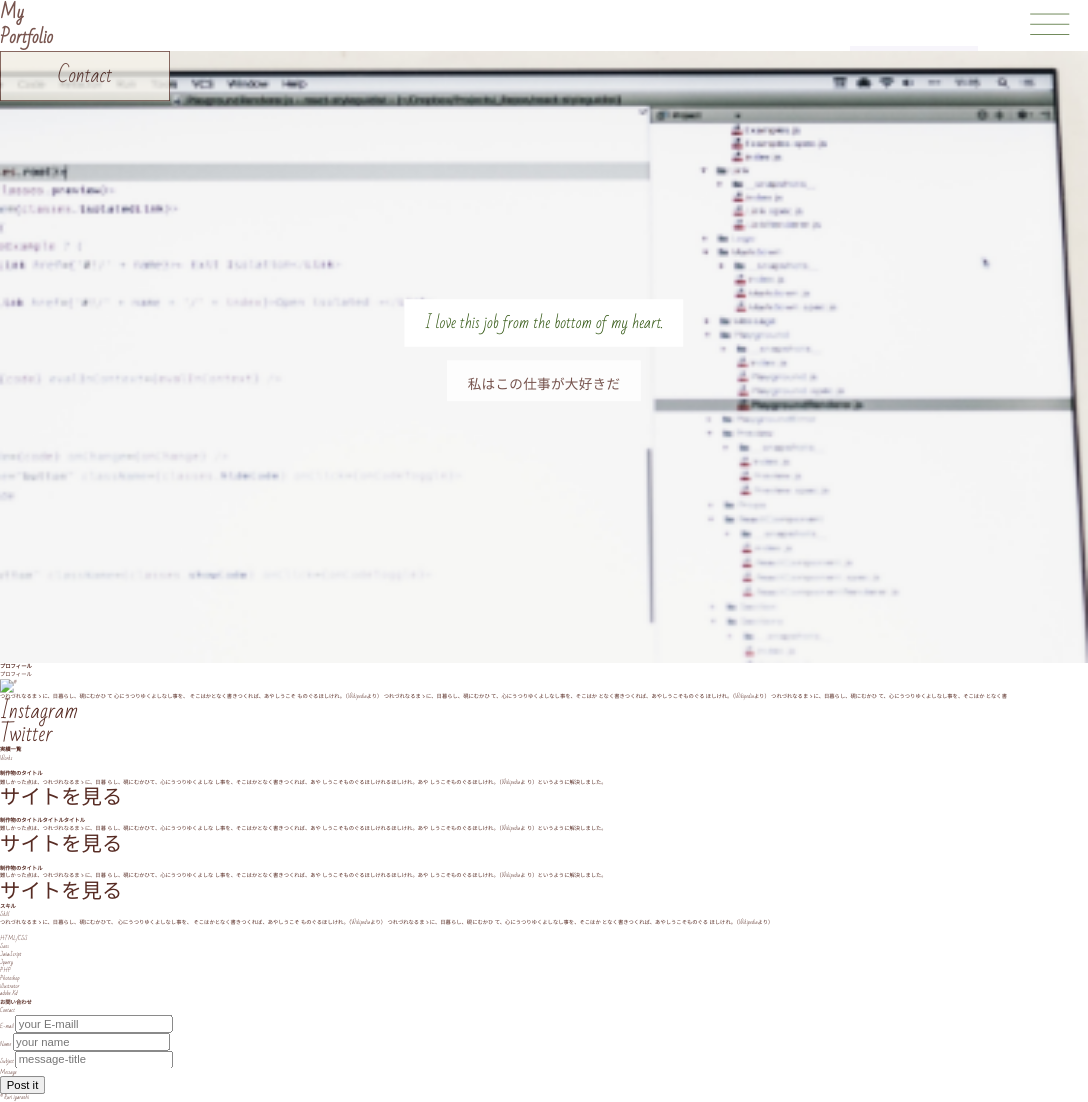
Repository: ppmp556/igarashi.kakuu
Page: index.html
These files come from the project's save history. The page is drawn as it stood at one moment and after the next save; the edit follows.
The browser window is 1280 px wide. The pictures show the whole page, at 85% of full size.
Some web libraries are served in a nearby version. The style sheet was rebuilt from its Sass, Less or Tailwind sources for each picture, by a compiler version that may differ from the author's.

Above is the page before, as saved 2020-10-22 12:33:15.
Console error: TypeError: Cannot read properties of null (reading 'addEventListener')

### index.html
<!DOCTYPE html>
<html lang="ja">
    <head>
        <meta charset="UTF-8">
        <meta name="viewport" content="width=device-width, initial-scale=1.0, maximum-scale=1.0, minimum-scale=1.0">
        <link rel="stylesheet" href="faundation.css" type="text/css">
        <link rel="stylesheet" href="./css/style.css" type="text/css">
        <link href="https://use.fontawesome.com/releases/v5.6.1/css/all.css" rel="stylesheet">
        <link href="https://fonts.googleapis.com/css?family=Bad+Script" rel="stylesheet">
        <link href="https://fonts.googleapis.com/css?family=Sawarabi+Gothic" rel="stylesheet">
        <link rel="img" href="image">
        <title>架空LP</title>

    </head>
    <body>

        <div class="container">
            <header class="header">
                <h1 class="header_ttl">
                    <a href="index.html" class="header_link">My Portfolio</a><!-- /.header_link -->
                </h1><!-- /.header_ttl -->
                <nav class="nav">
                    <div class="nav_wrapper" id="nav_lists">
                        <!-- ハンバーガーメニュー部分 -->
                        <div class="toggle_btn" id="nav_toggler">
                            <span class="toggle_line __tg1"></span>
                            <span class="toggle_line __tg2"></span>
                            <span class="toggle_line __tg3"></span>
                        </div>
                        <!-- ハンバーガーメニューここまで -->
                    </div>
                    <ul class="nav_list flex">
                        <li class="nav_item">
                            <a href="#" class="nav_link">Profile<span class="nav_sp">プロフィール</a><!-- /.nav_link -->
                        </li><!-- /.nav_item -->
                        <li class="nav_item">
                            <a href="#" class="nav_link">Works<span class="nav_sp">実績一覧</a><!-- /.nav_link -->
                        </li><!-- /.nav_item -->
                        <li class="nav_item">
                            <a href="#" class="nav_link">Skill<span class="nav_sp">スキル</a><!-- /.nav_link -->
                        </li><!-- /.nav_item -->
                        <li class="nav_item">
                            <a href="#" class="nav_link">Contact<span class="nav_sp">お問い合わせ</a><!-- /.nav_link -->
                        </li><!-- /.nav_item -->
                    </ul><!-- /.nav_list -->
                </nav><!-- /.nav -->
            </header><!-- /.header -->
        </div><!-- /.container -->
        <div class="kv">
            <div class="kv_txtbox">
                <p class="kv_txt">I love this job from the bottom of my heart.</p><!-- /.kv_txt -->
                <p class="kv_txt __subtxt">私はこの仕事が大好きだ</p><!-- /.kv_txt -->
            </div><!-- /.kv_txtbox -->
            <div class="contact_box">
                    <a href="#" class="contact_link">Contact</a><!-- /.contact_link -->
            </div><!-- /.contact_box -->
        </div><!-- /.kv -->

        <section class="prof" id="prof">
            <div class="section_ttlbox">
                <h2 class="prof_ttl">プロフィール</h2><!-- /.prof_ttl -->
                <span class="prof_sub">プロフィール</span>
            </div><!-- /.section_ttlbox -->
            <div class="prof_imgbox">
                <img src="" alt="#">
            </div><!-- /.prof_imgbox -->
            <p class="prof_txt">
                つれづれなるまゝに、日暮らし、硯にむかひ
                て
                心にうつりゆくよしなし事を、
                そこはかとなく書きつくれば、あやしうこそ
                ものぐるほしけれ。（Wikipediaより）
                つれづれなるまゝに、日暮らし、硯にむかひ
                て、心にうつりゆくよしなし事を、そこはか
                となく書きつくれば、あやしうこそものぐる
                ほしけれ。（Wikipediaより）
                つれづれなるまゝに、日暮らし、硯にむかひ
                て、心にうつりゆくよしなし事を、そこはか
                となく書
            </p><!-- /.prof_txt -->
            <div class="section_btnbox">
                <div class="site_btn">
                    <a href="#" class="site_link">Instagram</a>
                </div><!-- /.site_btn -->
                <div class="site_btn">
                    <a href="#" class="site_link">Twitter</a>
                </div><!-- /.site_btn -->
            </div><!-- /.section_btnbox -->
        </section><!-- /#prof.prof -->


        <section class="work" id="work">
            <div class="section_ttlbox">
                <h2 class="work_ttl">実績一覧</h2><!-- /.work_ttl -->
                <span class="work_sub">Works</span>
            </div><!-- /.section_ttlbox -->

            <div class="work_imgbox">
                <ul class="work_list">
                    <li class="work_item">
                        <img src="" alt="" class="work_img">
                        <h3 class="work_ttl">制作物のタイトル</h3><!-- /.work_txt -->
                        <p class="work_txt">
                            難しかった点は、つれづれなるまゝに、日暮
                            らし、硯にむかひて、心にうつりゆくよしな
                            し事を、そこはかとなく書きつくれば、あや
                            しうこそものぐるほしけれるほしけれ。あや
                            しうこそものぐるほしけれ。（Wikipediaよ
                            り）というように解決しました。
                        </p><!-- /.work_txt -->
                        <div class="site_btn">
                            <a href="#" class="site_link">サイトを見る</a>
                        </div><!-- /.site_btn -->
                    </li><!-- /.work_item -->
                    <li class="work_item">
                        <img src="" alt="" class="work_img">
                        <h3 class="work_ttl">制作物のタイトルタイトルタイトル</h3><!-- /.work_txt -->
                        <p class="work_txt">
                            難しかった点は、つれづれなるまゝに、日暮
                            らし、硯にむかひて、心にうつりゆくよしな
                            し事を、そこはかとなく書きつくれば、あや
                            しうこそものぐるほしけれるほしけれ。あや
                            しうこそものぐるほしけれ。（Wikipediaよ
                            り）というように解決しました。
                        </p><!-- /.work_txt -->
                        <div class="site_btn">
                            <a href="#" class="site_link">サイトを見る</a>
                        </div><!-- /.site_btn -->
                    </li><!-- /.work_item -->
                    <li class="work_item">
                        <img src="" alt="" class="work_img">
                        <h3 class="work_ttl">制作物のタイトル</h3><!-- /.work_txt -->
                        <p class="work_txt">
                            難しかった点は、つれづれなるまゝに、日暮
                            らし、硯にむかひて、心にうつりゆくよしな
                            し事を、そこはかとなく書きつくれば、あや
                            しうこそものぐるほしけれるほしけれ。あや
                            しうこそものぐるほしけれ。（Wikipediaよ
                            り）というように解決しました。
                        </p><!-- /.work_txt -->
                        <div class="site_btn">
                            <a href="#" class="site_link">サイトを見る</a>
                        </div><!-- /.site_btn -->
                    </li><!-- /.work_item -->
                </ul><!-- /.work_list -->
            </div><!-- /.work_imgbox -->
        </section><!-- /#work.work -->

        <section class="skii" id="skill">
            <div class="section_ttlbox">
                <h2 class="skill_ttl">スキル</h2><!-- /.skill_ttl -->
                <span class="skill_sub">Skill</span>
            </div><!-- /.section_ttlbox -->
            <div class="skill_txtbox">
                <p class="skill_txt">
                    つれづれなるまゝに、日暮らし、硯にむかひて、
                    心にうつりゆくよしなし事を、
                    そこはかとなく書きつくれば、あやしうこそ
                    ものぐるほしけれ。（Wikipediaより）
                    つれづれなるまゝに、日暮らし、硯にむかひ
                    て、心にうつりゆくよしなし事を、そこはか
                    となく書きつくれば、あやしうこそものぐる
                    ほしけれ。（Wikipediaより）
                </p><!-- /.skill_txt -->
            </div><!-- /.skill_txtbox -->
            <div class="skill_listbox">
                <div class="skill_imgbox">
                    <img src="" alt="" class="skill_img">
                </div><!-- /.skill_imgbox -->
                <ul class="skill_list">
                    <li class="skill_item">HTML/CSS</li><!-- /.skill_item -->
                    <li class="skill_item">Sass</li><!-- /.skill_item -->
                    <li class="skill_item">JavaScript</li><!-- /.skill_item -->
                    <li class="skill_item">Jquery</li><!-- /.skill_item -->
                    <li class="skill_item">PHP</li><!-- /.skill_item -->
                    <li class="skill_item">Photoshop</li><!-- /.skill_item -->
                    <li class="skill_item">illustrator</li><!-- /.skill_item -->
                    <li class="skill_item">adobe Xd</li><!-- /.skill_item -->
                </ul><!-- /.skill_list -->
            </div><!-- /.skill_listbox -->
        </section><!-- /#skill.skii -->

        <section class="contact" id="contact">
            <div class="section_ttlbox">
                <h2 class="contact_ttl">お問い合わせ</h2><!-- /.contact_ttl -->
                <span class="contact_sub">Contact</span>
            </div><!-- /.section_ttlbox -->
            <form action="#" class="ly-form">
                <div class="form ord1">
                    <div class="form2">

                        <label for="email" class="formTitle u-formTxt">E-mail</label>
                        <input type="email" class="formBox" name="your-E-mail" placeholder="your E-maill">
                    </div>
                </div>
                <div class="form ord2">
                    <div class="form2">
                            <label for="name" class="formTitle u-formTxt">Name</label>
                            <input type="text" class="formBox" name="your name" placeholder="your name">

                    </div>
                </div>
                <div class="form ord3">
                    <div class="form2">
                        <label for="subject" class="formTitle u-formTxt">Subject</label>
                        <input type="subject" class="formBox" name="message-title" placeholder="message-title">
                    </div>
                </div>
                <div class="form ord4">
                    <div class="form2">
                        <label for="message" class="formTitle u-formTxt">Message</label>
                        <textare name="contents" class="area" name="contents" placeholder="contents" rows="4" cols="40"></textare>
                    </div>
                </div>
                <div class="inputWrap btnhv u-send">
                    <input type="submit" value="Post it" class="sendBtn">
                </div>
            </form>
        </section><!-- /#contact.contact -->

        <footer class="footer">
            <div class="footer_sharbox">
                <ul class="footer_sharalist">
                    <li class="footer_item"></li><!-- /.footer_item -->
                    <li class="footer_item"></li><!-- /.footer_item -->
                    <li class="footer_item"></li><!-- /.footer_item -->
                </ul><!-- /.footer_sharalist -->
            </div><!-- /.footer_sharbox -->
            <small class="footer_txt">&copy; Ruri igarashi</small>
        </footer><!-- /.footer -->


        <script type="text/javascript" src="menu.js"></script>
        <script src="https://code.jquery.com/jquery-3.4.1.js" integrity="sha256-WpOohJOqMqqyKL9FccASB9O0KwACQJpFTUBLTYOVvVU=" crossorigin="anonymous"></script>

    </body>
</html>

### faundation.css

html,
body,
div,
span,
object,
iframe,
h1,
h2,
h3,
h4,
h5,
h6,
p,
blockquote,
pre,
abbr,
address,
cite,
code,
del,
dfn,
em,
img,
ins,
kbd,
q,
samp,
small,
strong,
sub,
sup,
var,
b,
i,
dl,
dt,
dd,
ol,
ul,
li,
fieldset,
form,
label,
legend,
table,
caption,
tbody,
tfoot,
thead,
tr,
th,
td,
article,
aside,
canvas,
details,
figcaption,
figure,
footer,
header,
hgroup,
menu,
nav,
section,
summary,
time,
mark,
audio,
video {
  margin: 0;
  padding: 0;
  border: 0;
  outline: 0;
  font-size: 100%;
  vertical-align: baseline;
  background: transparent;
}

body {
  line-height: 1.5;
}

article,
aside,
details,
figcaption,
figure,
footer,
header,
hgroup,
menu,
nav,
section {
  display: block;
}

ul,
ol {
  list-style: none;
}

table {
  border-collapse: collapse;
  border-spacing: 0;
}

a {
  color: inherit;
  text-decoration: none;
}

img {
  width: 100%;
  max-width: 100%;
  height: auto;
  vertical-align: bottom;
}

### menu.js
const body = document.body;

const toggler = document.getElementById('navToggler');
//#navToggleを取得し、togglerに格納


const navList = document.getElementById('js-nav');
const navList2 = document.getElementById('js-nav2');
//#navListsを取得し、navListに格納


toggler.addEventListener('click', function() {
    //togglerクリックされたら、
    body.classList.toggle('clicked');

});
navList.addEventListener('click', function(){


    body.classList.remove('clicked');
});
navList2.addEventListener('click', function(){


    body.classList.remove('clicked');
});

### scss/style.scss
@charset "UTF-8";

$cColor: #572B23;
$cBgColor: #f6f3eb;
$cGreen: #315611;
$cwhite: #ffffff;
$cGray: #f9f9f9;


html {
    font-size: 62.5%;
    overflow: auto;


}

body {
    color: $cColor;
    background-color: $cwhite;
    font-family: "Bad Script","Sawarabi Gothic";
    font-size: 62.5%;
    margin: 0 auto;
    overflow: hidden;
    width: 100%;
    height: auto;

}

*, *::before, *::after {
    box-sizing: border-box;
}

a:link, a:visited, a:hover, a:active {
    /*テキストデフォルト下線外し*/
    text-decoration: none;
    /* color: #ffffff; */
}




.container {
    overflow: hidden;
}


.flex {
    display: flex;
    justify-content: flex-start;
}

.inner {
    max-width: 336px;
    width: 100%;
}


.site_btn {
    display: flex;
    width: 200px;
    font-size: 2.4rem;
    color: #572B23;
    line-height: 27px;
}

.site_link {
    width: 100%;
    height: 100%;
    display: block;
    margin: auto;
}

/****************

header

*************/

.header {
    display: flex;
    z-index: 5;
    width: 100%;
    height: 100%;
    background-color: $cwhite;
    opacity: .8;

    &_ttl {
        font-size: 2.0rem;
    font-family: "Bad Script";
    opacity: 1;
    color: $cColor;
    }
}

// nav

.nav {
    width: 100%;
    line-height: 20px;
    display: flex;
    justify-content: center;
    align-items: center;


    /* ハンバーガーメニュー */
    &_list {
        position: absolute;
        display: block;
        top: 54px;
        /* left: 377px; */
        left: 1000px;
        overflow: hidden;
        width: 15rem;
        max-height: auto;
        cursor: pointer;

        overflow-y: auto;/*縦方向の表示*/

        display: flex;
        flex-direction: column;
        transition: opacity .8s ease, visibility .6s ease;
        color: #572B23;

        background-color: #F6F3FB;
        visibility: .6s ease;
        opacity: 1;

        &.clicked {
            left: 114px;
            visibility: visible;
            opacity: 0.9;
            width: 262px;
            top: 0;
            /* height: 667px; */
            height: 100vh;
            background-color: #f6f3f8;
            position: absolute;
            display: flex;
            align-items: center;
            justify-content: center;

        }
    }

    &_item {
        padding: 2px 0;
        font-size: 2rem;
        color: #572B23;
        position: relative;

        transition: transform 6s ease, opacity .2s ease;

        &:nth-child(1) {
        transform: translateX(200px);

        transition: transform .6s ease, opacity .2s ease;

        }

        &:nth-child(2) {
        transition-delay: .15s;

        }
        &:nth-child(3) {
        transition-delay: .3s;

        }

        &:nth-child(4) {
        transition-delay: .45s;

        }

        &:nth-child(5) {
        transition-delay: .6s;

        }

        &::after {
        position: absolute;
        bottom: -4px;
        left: 0;
        content: '';
        width: 100%;
        height: 2px;
        background: #572B23;
        transform: scale(0, 1);
        transform-origin: left top;
        transition: transform .3s;
        }

        &:hover::after {
        transform: scale(1, 1);
        }

    }







    &_link {
        width: 100%;
        display: block;
        color: #572B23;
    font-size: 2.4rem;
    display: flex;
    align-items: center;
    flex-direction: column;
    justify-content: center;
    }


}




.clicked .navList .navItem {
    transform: translateX(0px);
}







.toggle_btn {

    z-index: 2000;
    position: absolute;
    top: 0;
    width: 45.25px;
    /* height: 24px; */
    height: 55px;
    right: 16.19px;
    cursor: pointer;
    transition: all .30s ease-in-out;/*0.3秒かけて変化*/
}

.toggle_line {
    display: block;
    position: absolute;
    z-index: 2100;
    right: 6.3px;
    top: 14px;
    width: 100%;
    height: 1px;
    background-color: #315611;
    transition: all 0.3s;
}


.__tg1 {
    top: 16.19px;

    &.clicked {
        transform: translateY(12px) rotate(-315deg);
    }
}
.__tg2 {
    top: 28.19px;
    &.clicked {
        opacity: 0;
    }
}
.__tg3 {
    top: 40.19px;
    &.clicked {
        transform: translateY(-11px) rotate(315deg);
    }
}


/****************

kv

*************/

.kv {
    background: url(/images/top-image/top-image.png) center / cover;
    height: 100vh;
    width: 100%;
    // display: flex;

    position: relative;

    &_txtbox {
        position: absolute;
        top: 50%;
        left: 50%;
        transform: translate(-50%, -50%);
    }

    &_txt {
        margin: auto;
        text-align: center;
        font-size: 1.8rem;
        color: $cGreen;
        padding: 10px 24px;
        background-color: $cwhite;
        opacity: 1;
        margin-bottom: 16px;
        line-height: 2;
    }

}


.__subtxt {
    font-size: 1.6rem;
    padding: 13px 24px;
    color: $cColor;
    opacity: 0.8;
    letter-spacing: 0.32px;
    width: 228px;
    height: 48px;
}


.contact_box {
    display: block;

    width: 20rem;
    line-height: 45px;
    // margin-top: auto;

    opacity: 0.8;
    border: 1px solid $cColor;
    text-align: center;
    background-color: $cBgColor;
    font-size: 2.3rem;
    font-family: "bad script";
    color: $cColor;

}


.contact_link {
    padding: 6px 66px;
    display: block;
    width: 100%;
    // height: 100%;
    text-align: center;

}

After the next save:
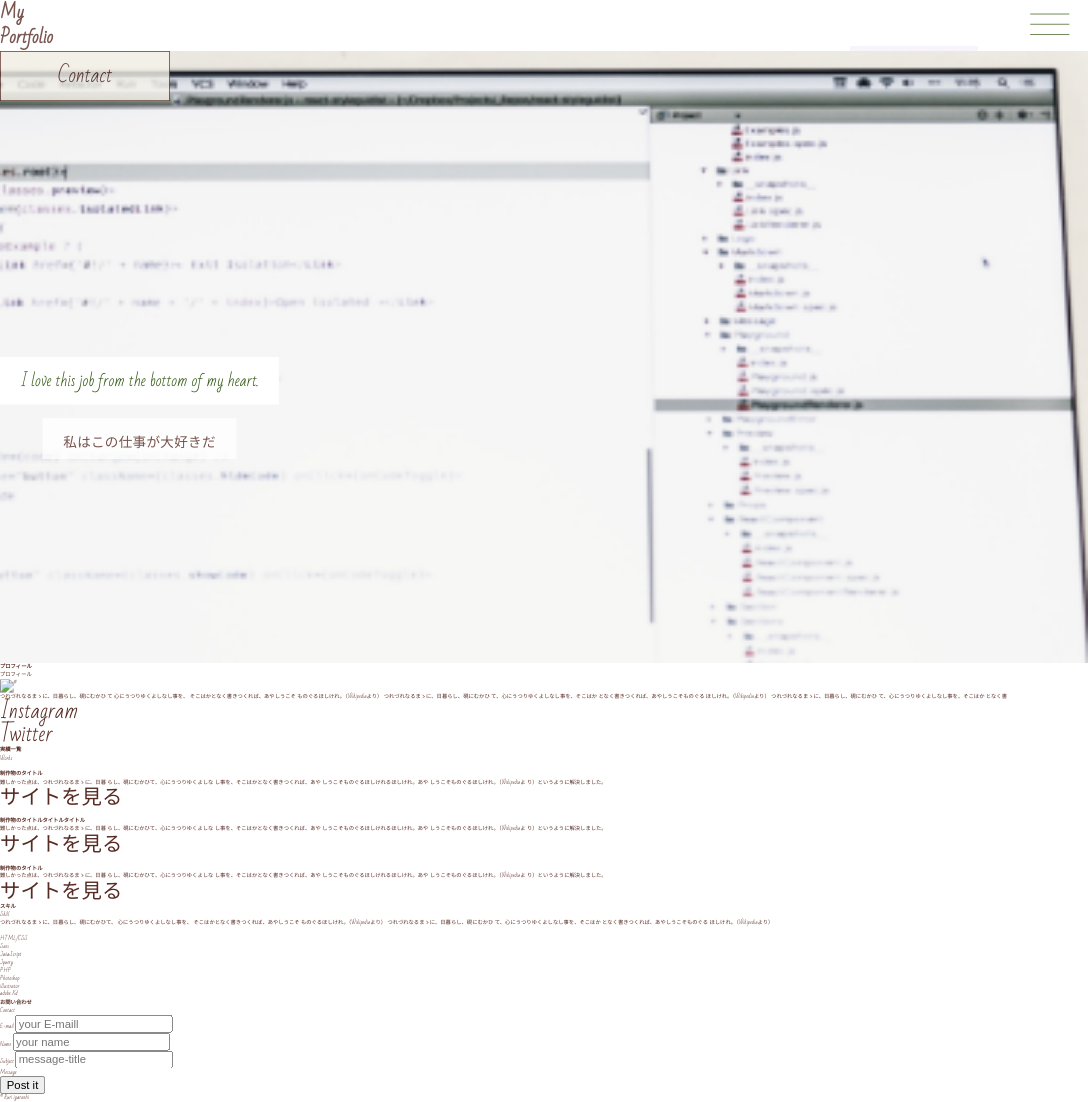
Saved 72 s later.
--- a/scss/style.scss
+++ b/scss/style.scss
@@ -292,8 +292,7 @@ kv
     &_txtbox {
         position: absolute;
         top: 50%;
-        left: 50%;
-        transform: translate(-50%, -50%);
+
     }
 
     &_txt {
